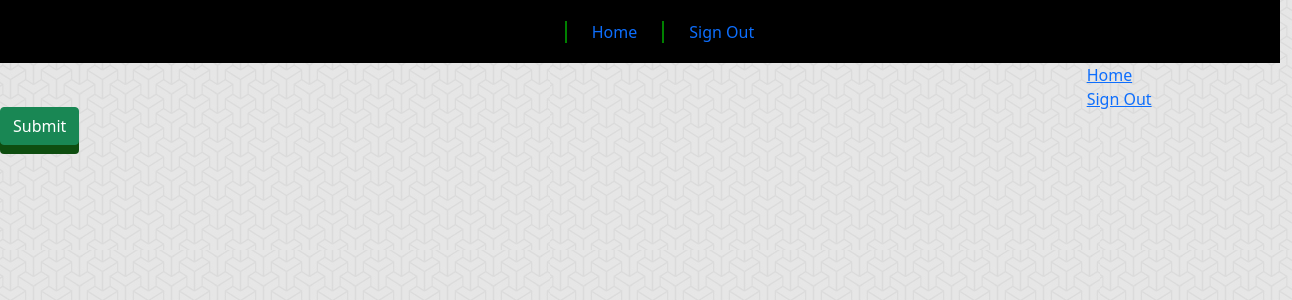
Repository: kavine24/CS490-Python-LMS
Page: html/portal/s/TakeQuiz.html
The author's editor kept a copy of each file at every save. The page is drawn from the files as they stood at one save, then again after the next save.
The browser window is 1280 px wide. The page is 1292 px wide, so the pictures cover 1292 px, including what lies to the right of the window. The pictures show the whole page.
The page's requests for data from a server got no answer.

Above is the page before, as saved 2022-04-20 18:33:22.

After the next save:
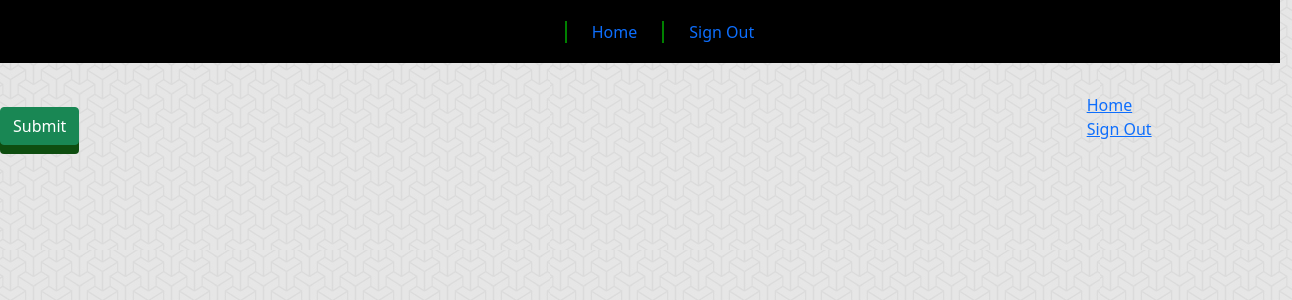
Saved 29 s later.
--- a/html/style.css
+++ b/html/style.css
@@ -130,7 +130,7 @@ body {
 }
 
 .legend {
-  margin: 30px 0px 0px;
+  margin: 30px 0px 0px !important;
 }
 
 /* body {
